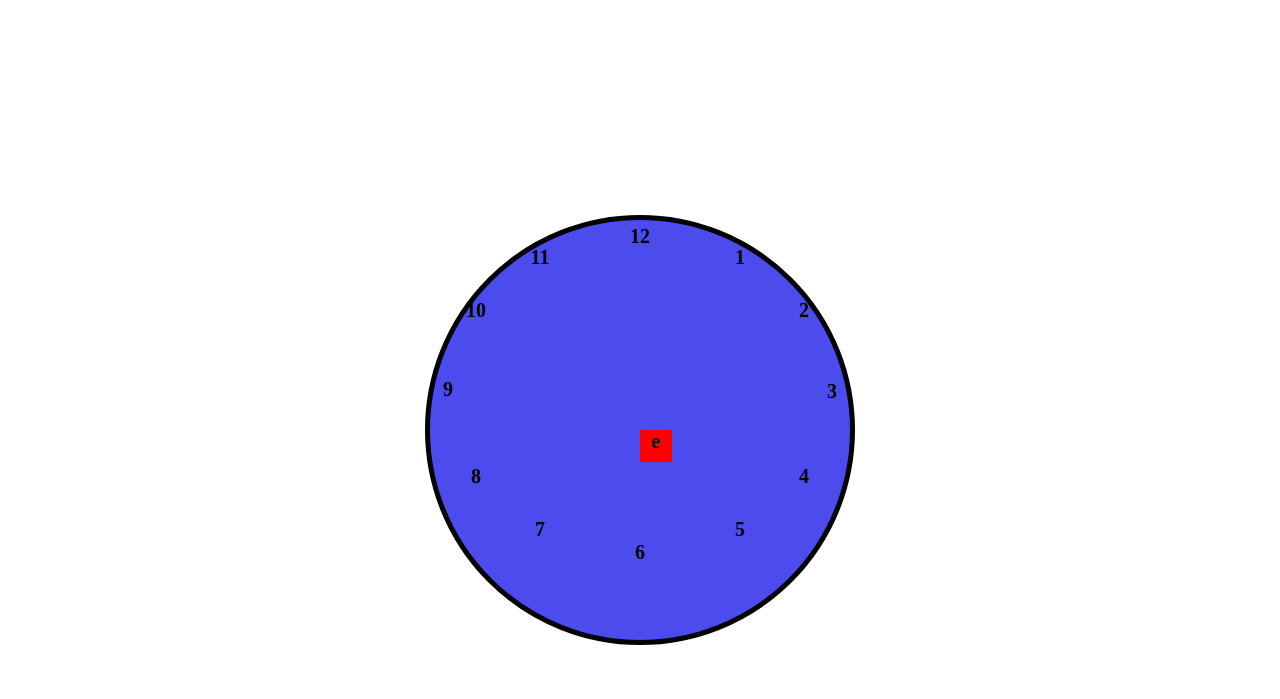
Repository: Eugene44-hub/Analog-clock
Page: index.html
An editor plug-in stored every save of this project. The page is shown before and after the next save, followed by the edit.
The browser window is 1280 px wide. The pictures show the whole page.

Above is the page before, as saved 2021-09-04 15:34:40.

### index.html
<!DOCTYPE html>
<html lang="en">

<head>
    <meta charset="UTF-8">
    <meta http-equiv="X-UA-Compatible" content="IE=edge">
    <meta name="viewport" content="width=device-width, initial-scale=1.0">
    <title>Document</title>
    <link rel="stylesheet" href="style.css">
</head>

<body>
    <div class="clock">
        <div class="numbers">
            <div class="circle">e</div>

            <div class="num1">1</div>
            <div class="num2">2</div>
            <div class="num3">3</div>
            <div class="num4">4</div>
            <div class="num5">5</div>
            <div class="num6">6</div>
            <div class="num7">7</div>
            <div class="num8">8</div>
            <div class="num9">9</div>
            <div class="num10">10</div>
            <div class="num11">11</div>
            <div class="num12">12</div>
        </div>
    </div>
</body>

</html>

### style.css
* {
    padding: 0;
    margin: 0;
}

.clock {
    background-color: rgb(75, 75, 238);
    height: 400px;
    width: 400px;
    border: 5px solid black;
    text-align: center;
    font-weight: bold;
    font-family: cursive;
    font-size: 20px;
    transform: translate(0, 50%);
    position: relative;
    border-radius: 50%;
    margin: auto;
    padding: 10px;
}

.circle {
    background-color: red;
    position: absolute;
    top: 50%;
    left: 50%;
    width: 32px;
    height: 32px;
}

.num6 {
    transform: translate(0, 850%);
}

.num9 {
    transform: translate(-48%, -155%);
}

.num12 {
    transform: translate(0, -1120%);
}

.num3 {
    transform: translate(48%, 450%);
}

.num1 {
    transform: translate(25%, 70%);
}

.num2 {
    transform: translate(41%, 200%);
}

.num4 {
    transform: translate(41%, 720%);
}

.num11 {
    transform: ;
}

.num5 {
    transform: translate(25%, 850%);
}

.num5 {
    transform: translate(25%, 850%);
}

.num7 {
    transform: translate(-25%, 650%);
}

.num8 {
    transform: translate(-41%, 320%);
}

.num11 {
    transform: translate(-25%, -930%)
}

.num10 {
    transform: translate(-41%, -600%);
}


/* .num1,
.num2,
.num3,
.num4,
.num5,
.num6,
.num7,
.num8,
.num9,
.num10,
.num11,
.num12 {
    padding: 15px;
} */


/* .num1 {
    transform: translate(28%, 100%);
}

.num2 {
    transform: translate(44%, 260%);
}

.num3 {
    transform: translate(48%, 489%);
}

.num4 {
    transform: translate(44%, 750%);
}

.num5 {
    transform: translate(28%, 890%);
}

.num6 {
    transform: translate(0, 890%);
}

.num7 {
    transform: translate(24%, 694%);
}

.num8 {
    transform: translate(-44%, 350%)
}

.num9 {
    transform: translate(-48%, -100%);
}

.num10 {
    transform: translate(-44%, -540%);
}

.num11 {
    transform: translate(-28%, -900%);
}

.num12 {
    transform: translate(0, -1130%);
} */

After the next save:
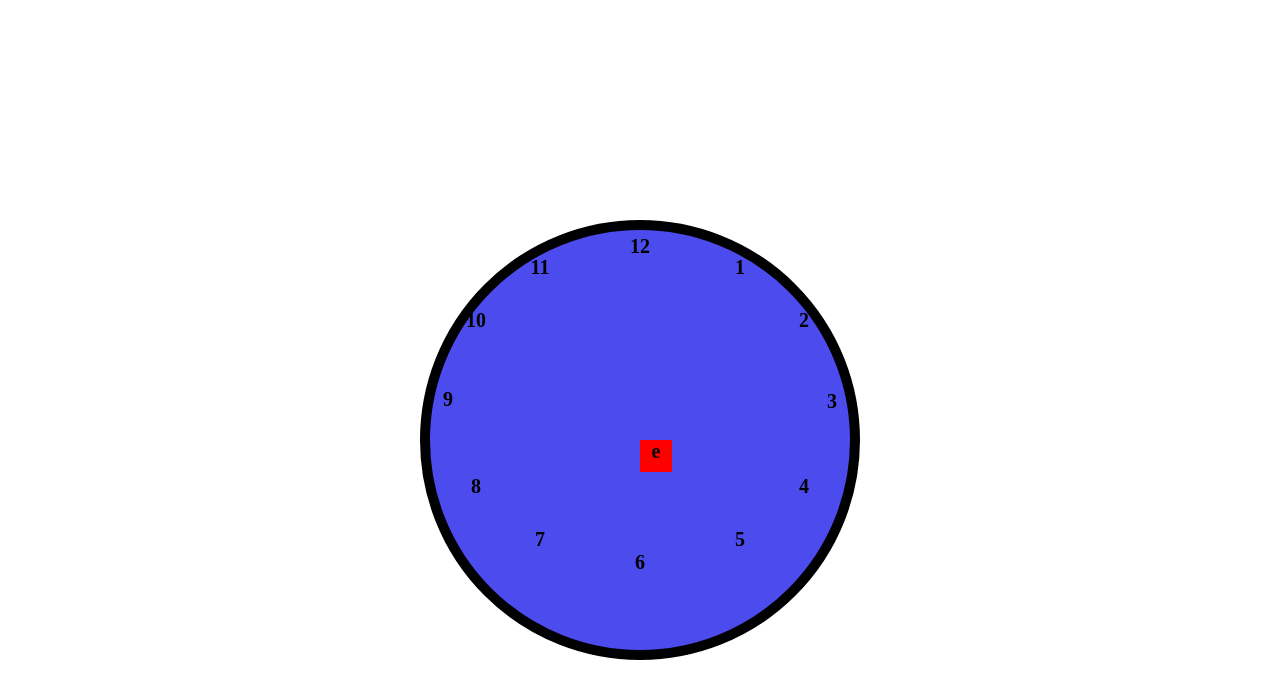
Saved 33 s later.
--- a/style.css
+++ b/style.css
@@ -7,7 +7,7 @@
     background-color: rgb(75, 75, 238);
     height: 400px;
     width: 400px;
-    border: 5px solid black;
+    border: 10px solid black;
     text-align: center;
     font-weight: bold;
     font-family: cursive;
